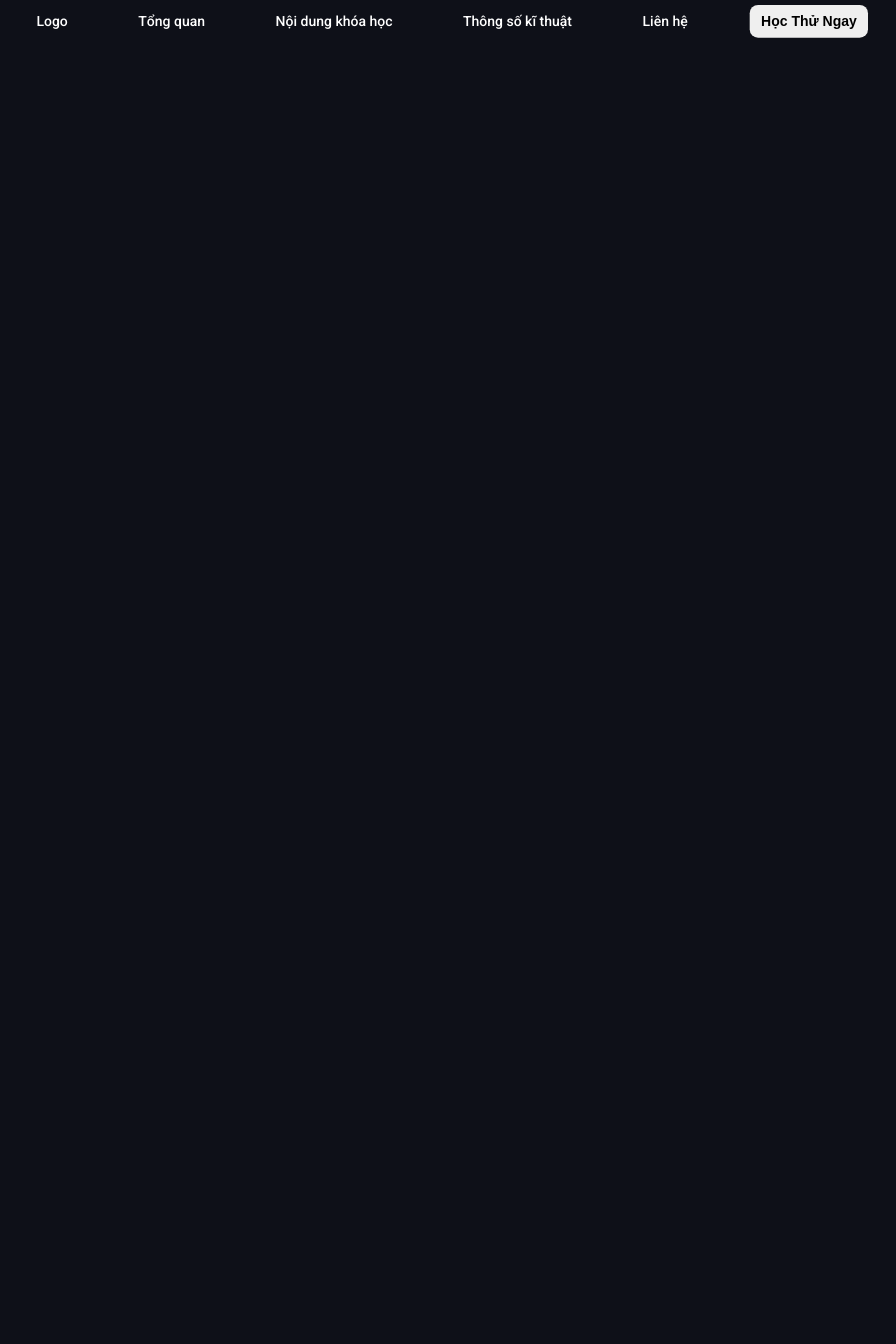
Repository: Dangtrinh28/landingpage
Page: index.html
An editor plug-in stored every save of this project. The page is shown before and after a run of saves, followed by the edit.
The browser window is 1280 px wide. The pictures show the part of the page from y = 0 to 1920 px (the page is 3660 px tall), at 70% of full size.

Above is the page before, as saved 2023-02-21 14:34:34.

After the next 3 saves:
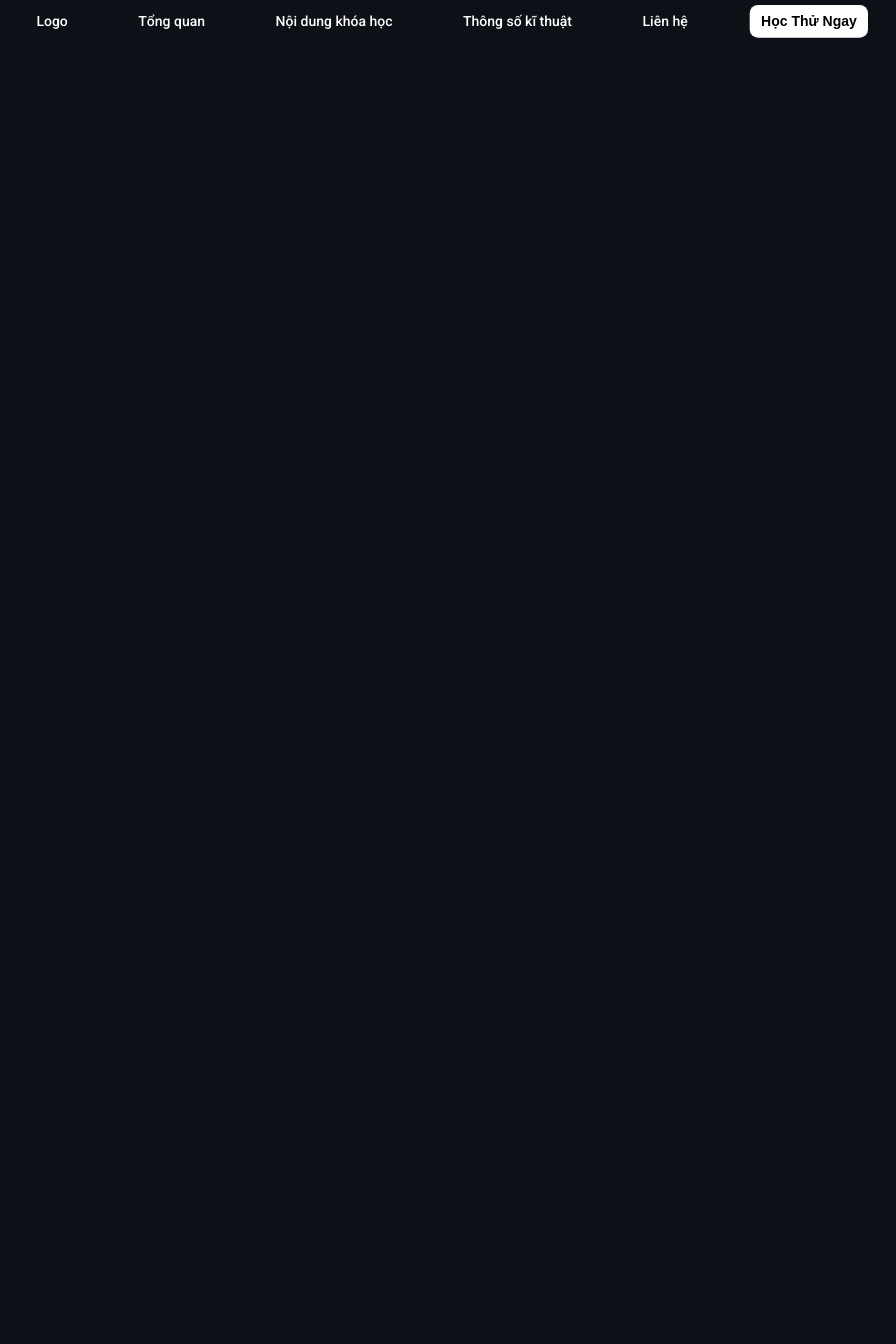
The 3 saves are shown as one change because they came seconds apart.
The last was saved 11 s later.
--- a/index.html
+++ b/index.html
@@ -19,7 +19,7 @@
                 <li class="header__item"><a href="" class="header___link">Thông số kĩ thuật</a></li>
                 <li class="header__item"><a href="" class="header___link">Liên hệ</a></li>
 
-                <button style="color: #000000;" class="btn">Học Thử Ngay</button>
+                <button style="color: #000000; background-color: #FFF;" class="btn">Học Thử Ngay</button>
         </header>
 
         <section></section>
